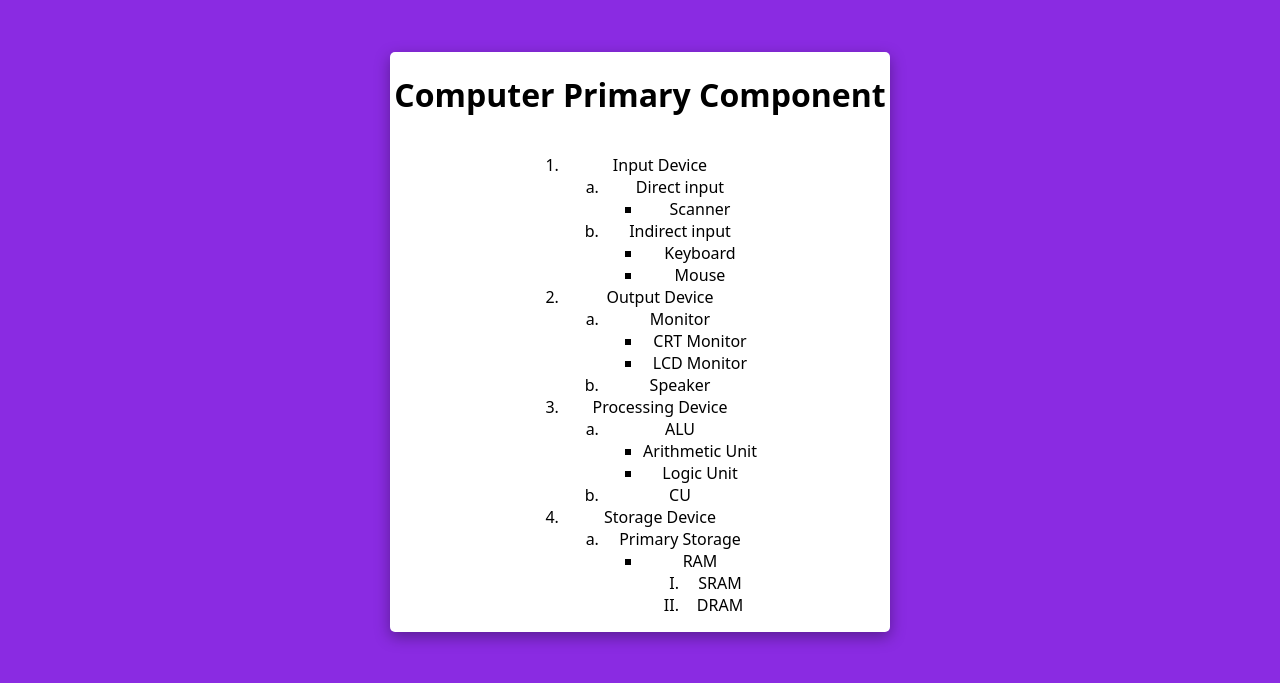
Repository: SharonSebastian32/Nested_List_in_html
Page: index.html
These files come from the project's save history. The page is drawn as it stood at one moment and after the next save; the edit follows.
The browser window is 1280 px wide. The pictures show the whole page.

Above is the page before, as saved 2024-09-01 08:05:01.

After the next save:
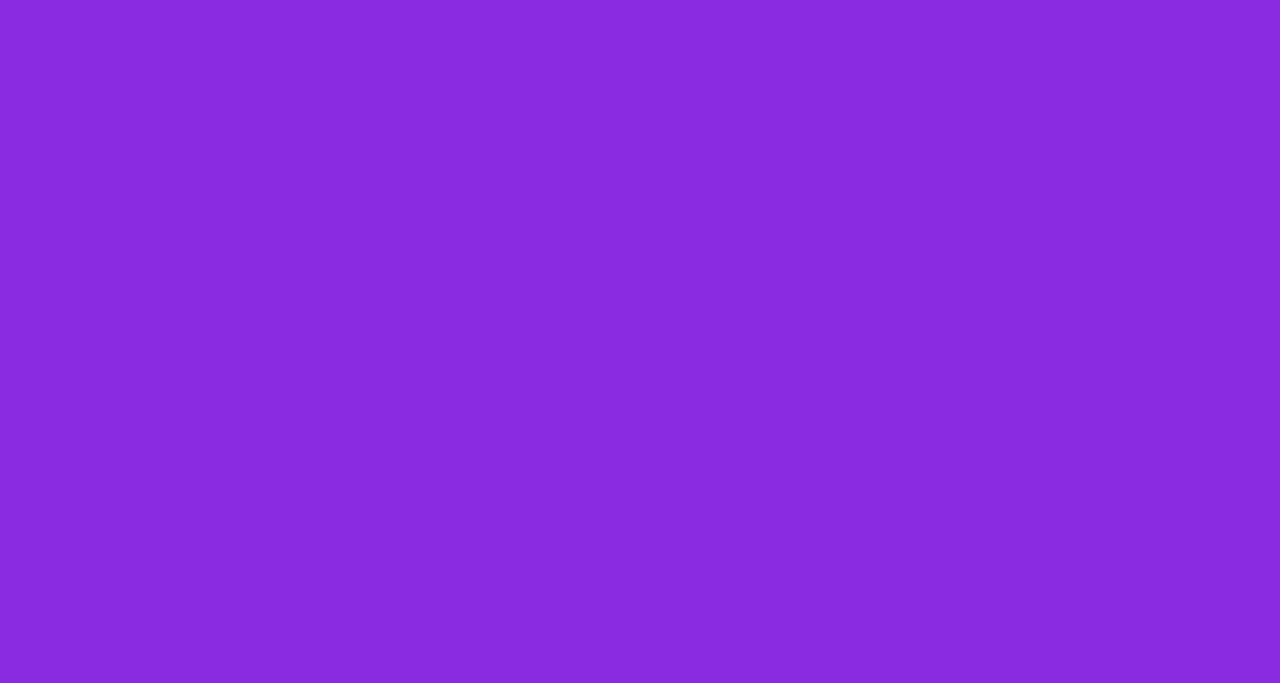
Saved 24 s later.
--- a/index.html
+++ b/index.html
@@ -5,6 +5,8 @@
     <meta name="viewport" content="width=device-width, initial-scale=1.0" />
     <title>Document</title>
     <link rel="stylesheet" href="./Styles/Styles.css" />
+    <link href="https://unpkg.com/aos@2.3.1/dist/aos.css" rel="stylesheet">
+
   </head>
   <body style="background-color: blueviolet">
     <center>

After the 3 saves that followed:
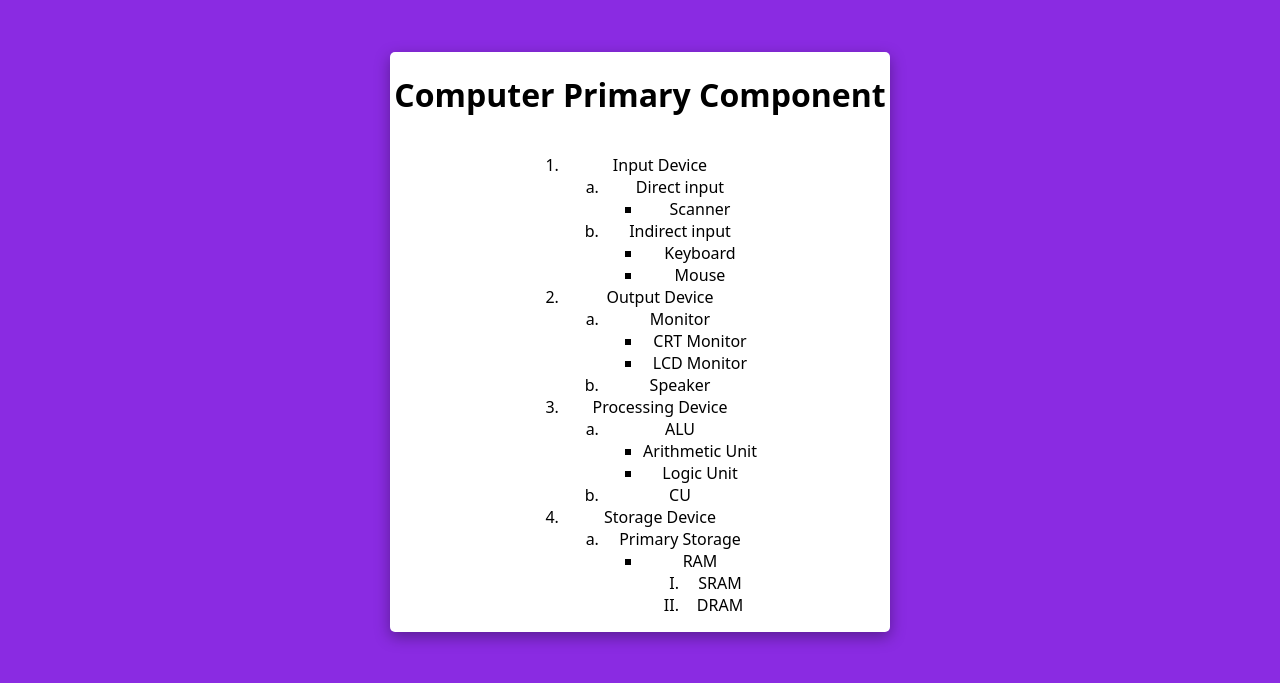
The 3 saves are shown as one change because 1 left the picture as it was and some came seconds apart.
The last was saved 22 s later.
--- a/index.html
+++ b/index.html
@@ -5,8 +5,7 @@
     <meta name="viewport" content="width=device-width, initial-scale=1.0" />
     <title>Document</title>
     <link rel="stylesheet" href="./Styles/Styles.css" />
-    <link href="https://unpkg.com/aos@2.3.1/dist/aos.css" rel="stylesheet">
-
+    <link href="https://unpkg.com/aos@2.3.1/dist/aos.css" rel="stylesheet" />
   </head>
   <body style="background-color: blueviolet">
     <center>
@@ -72,5 +71,9 @@
         </ol>
       </div>
     </center>
+    <script src="https://unpkg.com/aos@2.3.1/dist/aos.js"></script>
+    <script>
+      AOS.init();
+    </script>
   </body>
 </html>
